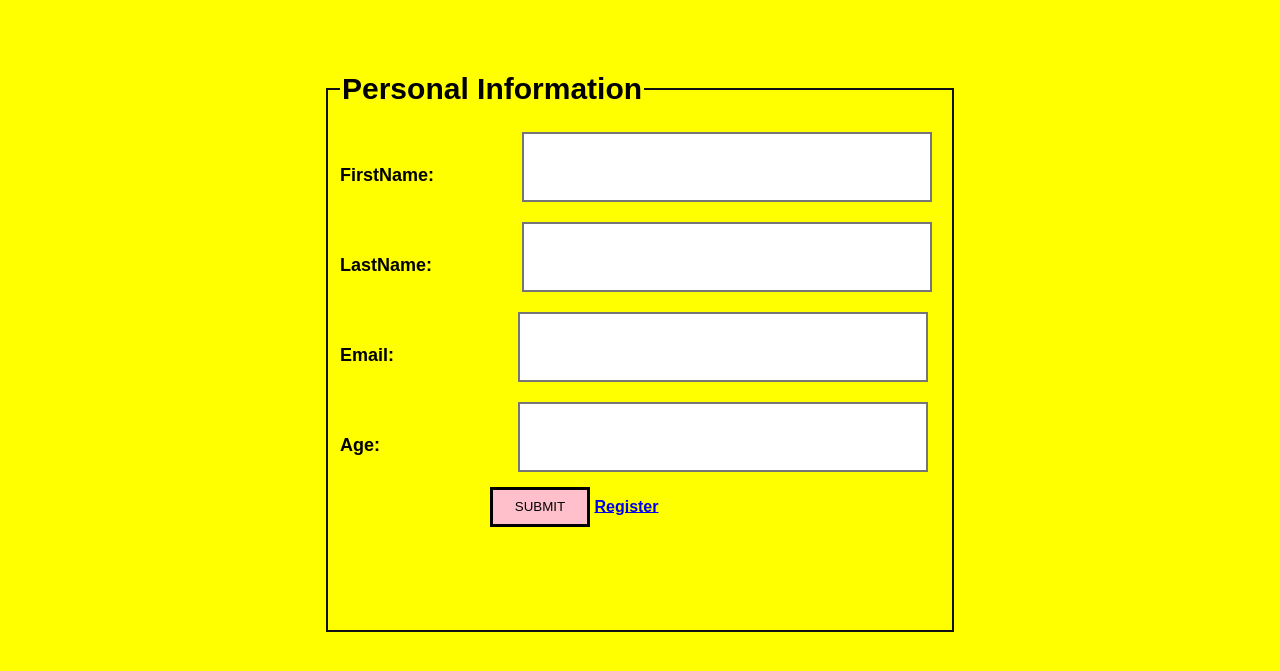
Repository: Femi007-gh/Legend
Page: index.html
The author's editor kept a copy of each file at every save. The page is drawn from the files as they stood at one save, then again after a run of saves.
The browser window is 1280 px wide. The pictures show the whole page.

Above is the page before, as saved 2025-04-07 23:14:42.

After the next 2 saves:
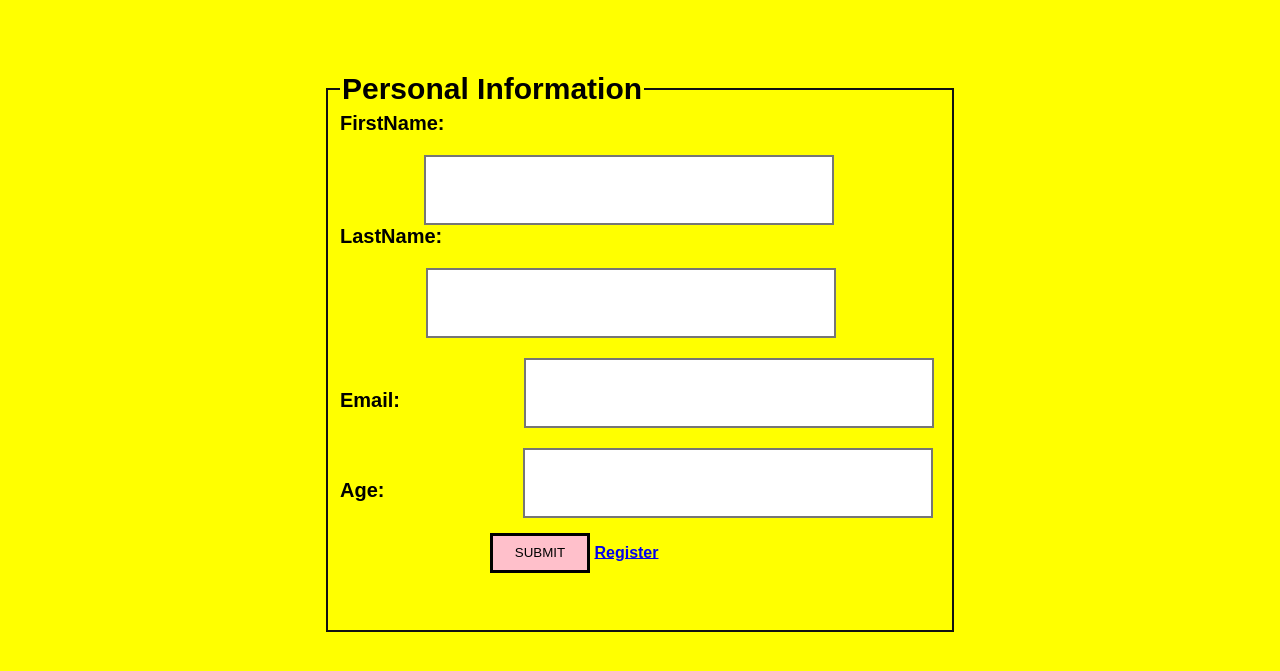
The 2 saves are shown as one change because they came seconds apart.
The last was saved 7 s later.
--- a/style.css
+++ b/style.css
@@ -73,5 +73,5 @@
 }
 
 .first, .last, .mail, .yourage {
-  font-size: 18px;
+  font-size: 20px;
 }

After the save that followed:
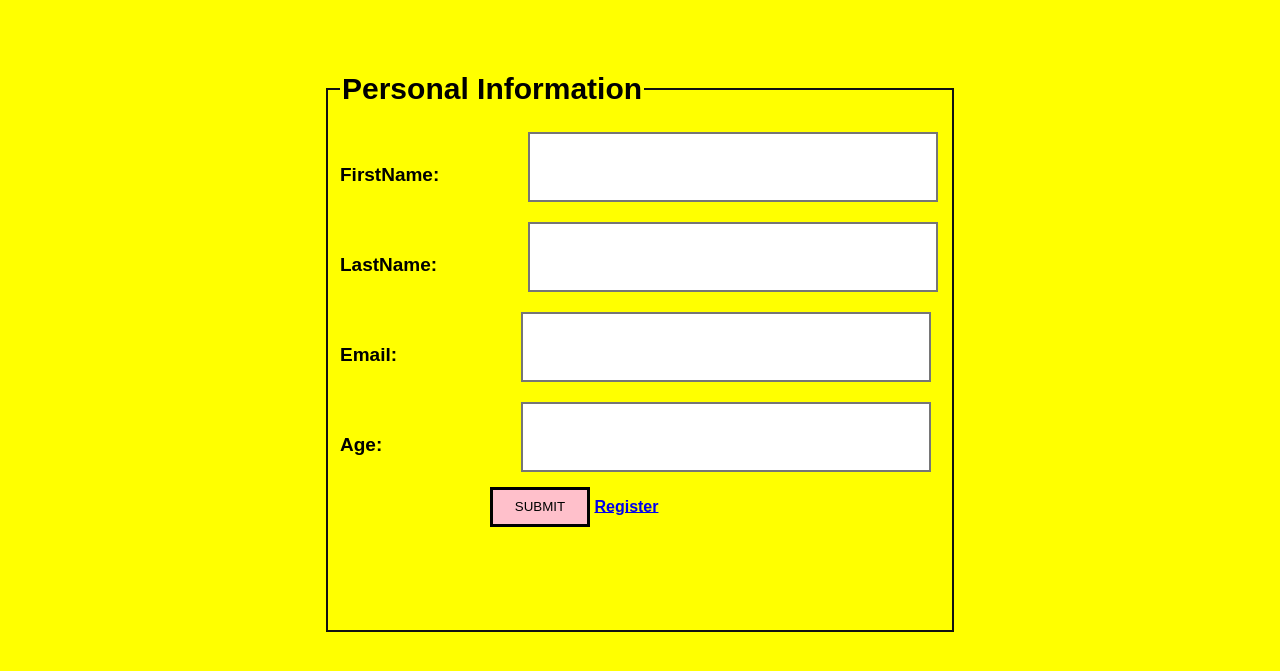
Saved 5 s later.
--- a/style.css
+++ b/style.css
@@ -73,5 +73,5 @@
 }
 
 .first, .last, .mail, .yourage {
-  font-size: 20px;
+  font-size: 19px;
 }
